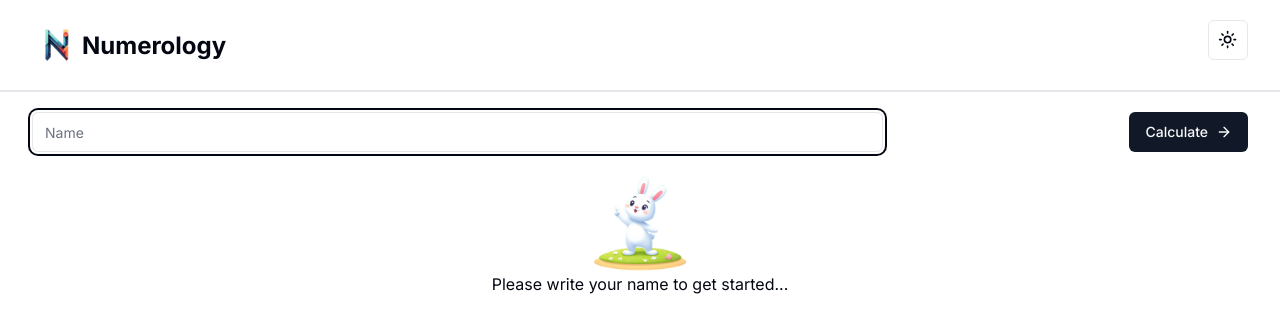
Repository: RaghunadhSahitDruvam/mynumerology
Page: /
An editor plug-in stored every save of this project. The page is shown before and after the next save, followed by the edit.
The browser window is 1280 px wide. The pictures show the whole page.
The project was rebuilt for these pictures with package versions that can differ from the ones it lists, and the page was loaded fresh each time. The framework's server and built-in components were replaced by stand-ins that run in the browser. Also part of the build but not shown: next.config.js.

Above is the page before, as saved 2023-12-19 16:34:31.

After the next save:
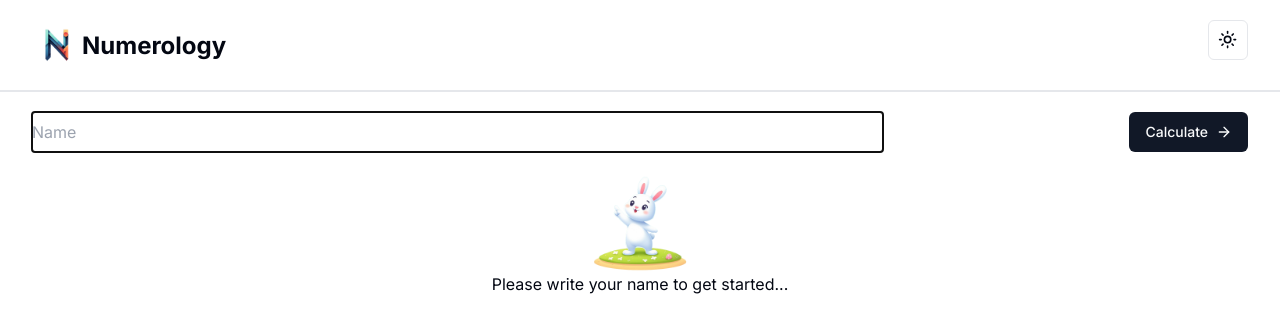
Saved 2 min 51 s later.
--- a/app/page.tsx
+++ b/app/page.tsx
@@ -8,7 +8,6 @@
 import Header from "@/components/header";
 import Image from "next/image";
 import { useRouter, useSearchParams } from "next/navigation";
-import Link from "next/link";
 
 interface DataSource {
   name_g2_block?: string;
@@ -22,6 +21,23 @@
   tot_letters?: number;
 }
 
+// Custom Input component that only allows letters and spaces
+const CustomInput = ({ onChange, ...props }) => {
+  const inputRef = useRef(null);
+
+  const handleInputChange = (e) => {
+    const inputValue = e.target.value;
+    // Use a regular expression to allow only letters (a-z, A-Z) and spaces
+    const sanitizedValue = inputValue.replace(/[^a-zA-Z\s]/g, "");
+    // Update the input value
+    if (onChange) {
+      onChange({ target: { value: sanitizedValue } });
+    }
+  };
+
+  return <input ref={inputRef} onChange={handleInputChange} {...props} />;
+};
+
 const Page: React.FC = () => {
   let [textName, setTextName] = useState<string>("");
   const [dataSource, setDataSource] = useState<DataSource | null>(null);
@@ -30,7 +46,6 @@
   const router = useRouter();
 
   useEffect(() => {
-    // Set initial value only if it's different from the current state
     if (search !== null && search !== textName) {
       setTextName(search);
     }
@@ -38,41 +53,42 @@
 
   const inputFocusRef = useRef(null);
   const buttonRef = useRef(null);
+
   useEffect(() => {
-    inputFocusRef.current.focus();
-    if (search !== null) {
-      if (buttonRef.current) {
-        buttonRef.current.click();
-      }
-    }
-  }, []);
+    if (
+      inputFocusRef.current &&
+      document.activeElement !== inputFocusRef.current
+    ) {
+      inputFocusRef.current.focus({
+        behavior: "smooth",
+      });
+    }
+
+    if (search !== null && buttonRef.current) {
+      buttonRef.current.click();
+    }
+  }, [search]);
+
   const submitHandler = (e: React.FormEvent<HTMLFormElement>) => {
     e.preventDefault();
     axios
-      .get(
-        `https://phinzi.com/convert?name=${textName.replace(
-          /[^a-zA-Z\s]/g,
-          ""
-        )}`
-      )
+      .get(`https://phinzi.com/convert?name=${textName}`)
       .then((res) => setDataSource(res.data));
   };
 
   const updateURL = (newTextName: string) => {
-    // Update the URL without a page reload
     router.push(`?name=${encodeURIComponent(newTextName)}`);
   };
 
   return (
     <div className="">
       <Header />
-
       <div>
         <form
           className="container gap flex justify-between"
           onSubmit={(e) => submitHandler(e)}
         >
-          <Input
+          <CustomInput
             type="text"
             placeholder="Name"
             className="w-[70%]"
@@ -81,7 +97,7 @@
             onChange={(e) => {
               const newValue = e.target.value;
               setTextName(newValue);
-              updateURL(newValue); // Update the URL when input changes
+              updateURL(newValue);
             }}
           />
           <Button type="submit" ref={buttonRef}>

After the 2 saves that followed:
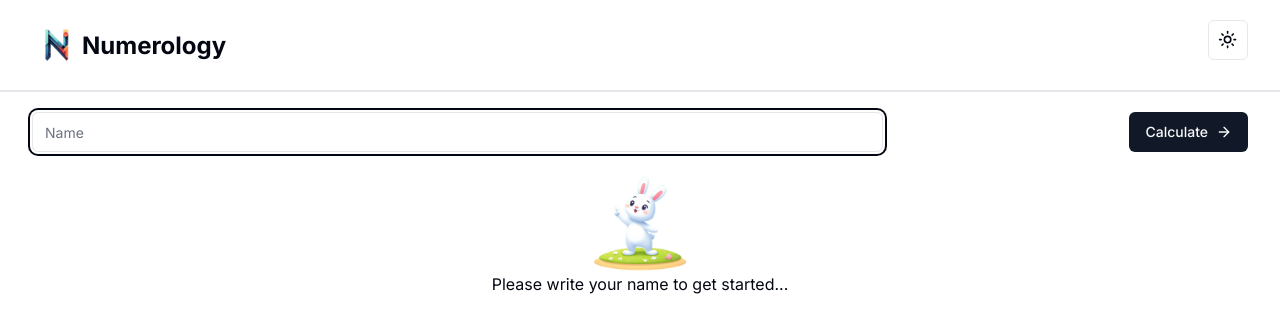
The 2 saves are shown as one change because 1 left the picture as it was.
The last was saved 63 s later.
--- a/app/page.tsx
+++ b/app/page.tsx
@@ -8,6 +8,7 @@
 import Header from "@/components/header";
 import Image from "next/image";
 import { useRouter, useSearchParams } from "next/navigation";
+import Link from "next/link";
 
 interface DataSource {
   name_g2_block?: string;
@@ -21,23 +22,6 @@
   tot_letters?: number;
 }
 
-// Custom Input component that only allows letters and spaces
-const CustomInput = ({ onChange, ...props }) => {
-  const inputRef = useRef(null);
-
-  const handleInputChange = (e) => {
-    const inputValue = e.target.value;
-    // Use a regular expression to allow only letters (a-z, A-Z) and spaces
-    const sanitizedValue = inputValue.replace(/[^a-zA-Z\s]/g, "");
-    // Update the input value
-    if (onChange) {
-      onChange({ target: { value: sanitizedValue } });
-    }
-  };
-
-  return <input ref={inputRef} onChange={handleInputChange} {...props} />;
-};
-
 const Page: React.FC = () => {
   let [textName, setTextName] = useState<string>("");
   const [dataSource, setDataSource] = useState<DataSource | null>(null);
@@ -46,6 +30,7 @@
   const router = useRouter();
 
   useEffect(() => {
+    // Set initial value only if it's different from the current state
     if (search !== null && search !== textName) {
       setTextName(search);
     }
@@ -53,42 +38,41 @@
 
   const inputFocusRef = useRef(null);
   const buttonRef = useRef(null);
-
   useEffect(() => {
-    if (
-      inputFocusRef.current &&
-      document.activeElement !== inputFocusRef.current
-    ) {
-      inputFocusRef.current.focus({
-        behavior: "smooth",
-      });
+    inputFocusRef.current.focus();
+    if (search !== null) {
+      if (buttonRef.current) {
+        buttonRef.current.click();
+      }
     }
-
-    if (search !== null && buttonRef.current) {
-      buttonRef.current.click();
-    }
-  }, [search]);
-
+  }, []);
   const submitHandler = (e: React.FormEvent<HTMLFormElement>) => {
     e.preventDefault();
     axios
-      .get(`https://phinzi.com/convert?name=${textName}`)
+      .get(
+        `https://phinzi.com/convert?name=${textName.replace(
+          /[^a-zA-Z\s]/g,
+          ""
+        )}`
+      )
       .then((res) => setDataSource(res.data));
   };
 
   const updateURL = (newTextName: string) => {
+    // Update the URL without a page reload
     router.push(`?name=${encodeURIComponent(newTextName)}`);
   };
 
   return (
     <div className="">
       <Header />
+
       <div>
         <form
           className="container gap flex justify-between"
           onSubmit={(e) => submitHandler(e)}
         >
-          <CustomInput
+          <Input
             type="text"
             placeholder="Name"
             className="w-[70%]"
@@ -97,7 +81,7 @@
             onChange={(e) => {
               const newValue = e.target.value;
               setTextName(newValue);
-              updateURL(newValue);
+              updateURL(newValue); // Update the URL when input changes
             }}
           />
           <Button type="submit" ref={buttonRef}>
